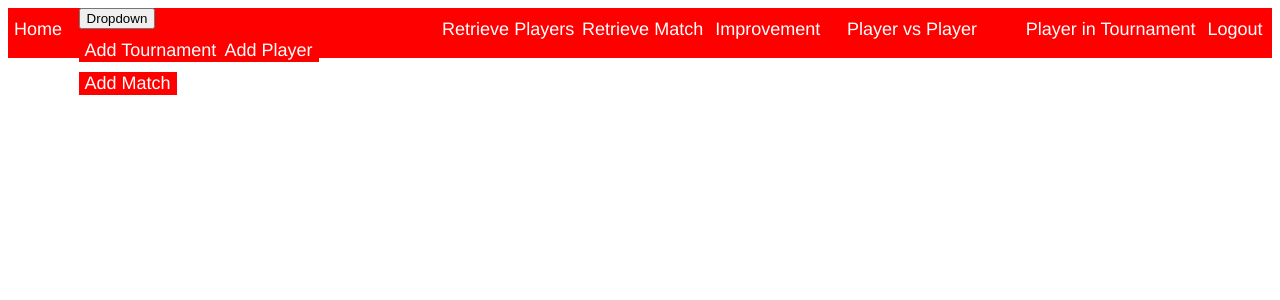
Repository: prm2711/javaapps
Page: http://localhost/Tournament/front.jsp
These files come from the project's save history. The page is drawn as it stood at one moment and after the next save; the edit follows.
The browser window is 1280 px wide. The pictures show the whole page.
The page is served by Tomcat 9. The session is filled in as if someone had signed in: {"name": "admin", "username": "admin"}. Other server files are loaded and not shown.

Above is the page before, as saved 2018-01-29 10:06:35.

### eclipse-workspace/Tournament/WebContent/front.jsp

<%@ page language="java" contentType="text/html; charset=ISO-8859-1"
    pageEncoding="ISO-8859-1"%>
<!DOCTYPE html PUBLIC "-//W3C//DTD HTML 4.01 Transitional//EN" "http://www.w3.org/TR/html4/loose.dtd">
<html>
<head>
<meta http-equiv="Content-Type" content="text/html; charset=ISO-8859-1">
<title>Home</title>
<link rel="stylesheet" type="text/css" href="css/front.css">
</head>
<body>
<ul>

  <li class="home">
  <%
		if (session.getAttribute("name").equals("admin")) {
	%>
	<form method="post" action="home.jsp" class="form-button-home">
		<input class="button-add" type="submit" name="link" value="Home">
	</form><%
		} else if (session.getAttribute("name").equals("user")) {
	%><form method="post" action="userhome.jsp" class="form-button-home">
		<input class="button-add" type="submit" name="link" value="Home">
	</form><%} %></li>

<div class="dropdown">
  <button class="dropbtn">Dropdown</button>
  <div class="dropdown-content">
     <li class="addtour"><form method="post" action="inserttour.jsp" class="form-button">
		<input class="button-add" type="submit" name="link" value="Add Tournament">
	</form></li>
  <li class="addplayer"><form method="post" action="insertplayer.jsp" class="form-button">
		<input class="button-add" type="submit" name="link" value="Add Player">
	</form></li>
  <li class="addmatch"><form method="post" action="ListServlet" class="form-button">
		<input class="button-add" type="submit" name="link" value="Add Match">
	</form></li>
  </div>
</div>


  <li class="retrieve"><form method="post" action="RetrievePlayerServlet" class="form-button">
		<input class="button-add" type="submit" value="Retrieve Players">
	</form></li>
	<li class="retrieve"><form method="post" action="RetrieveMatchServlet" class="form-button">
		<input class="button-add" type="submit" value="Retrieve Match">
	</form></li>
	<li class="retrieve"><form method="post" action="MostImprovedServlet" class="form-button">
		<input class="button-add" type="submit" value="Improvement">
	</form></li>
	<li class="twoplayers"><form method="post" action="ListServlet" class="form-button-match">
		<input class="button-add" type="submit" name="link" value="Player vs Player">
	</form></li>
	<li class="playertour"><form method="post" action="ListServlet" class="form-button-match">
		<input class="button-add" type="submit" name="link" value="Player in Tournament">
	</form></li>
	<li class="logout"><form method="post" action="LogoutServlet" class="form-button">
		<input class="button-add" type="submit" value="Logout">
	</form></li>
</ul>
</body>
</html>

### eclipse-workspace/Tournament/WebContent/css/front.css
@charset "ISO-8859-1";

ul {
	list-style-type: none;
	height: 50px;
	background-color: red;
	margin: 0;
	padding: 0;
	display: flex;
}

li {
	float: left;
	font-size: 20px;
	width: 110px;
}

.home, .logout {
	width: 75px;
}

.addmatch,.addplayer {
	width: 120px;
}

.addtour,.retrieve {
	width: 140px;
}

.twoplayers,.playertour {
	width: 190px;
}

.country {
	width: 250px;
}
li .form-button, li .form-button-match, li .form-button-home {
	color: white;
	text-align: center;
	text-decoration: none;
	font-size: 25px;
	padding-top: 10px;
}



.button-add {
	display: block;
	border-style: none;
	color: white;
	text-decoration: none;
	border: 0px;
	background-color: red;
	font-family: Helvetica;
	font-size: 18px;
}

li .button-add:hover {
	background-color: #555;
	color: white;
}

li .button-add:active {
	background-color: blue;
	color: white;
}

After the next save:
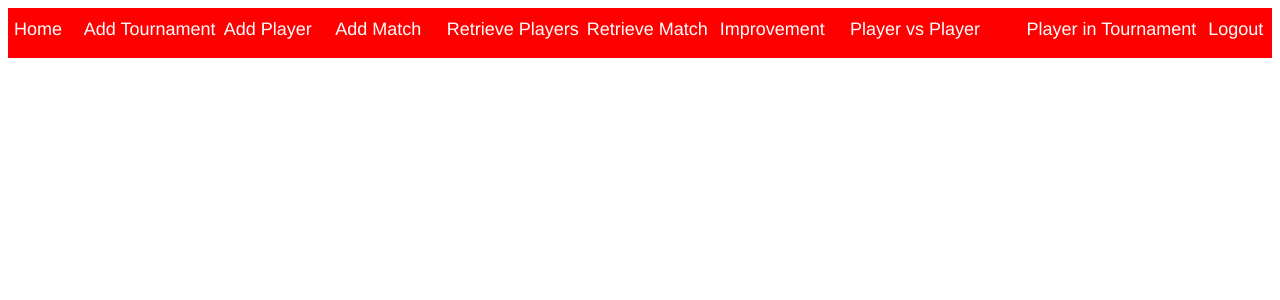
Saved 34 s later.
--- a/eclipse-workspace/Tournament/WebContent/front.jsp
+++ b/eclipse-workspace/Tournament/WebContent/front.jsp
@@ -23,10 +23,7 @@
 		<input class="button-add" type="submit" name="link" value="Home">
 	</form><%} %></li>
 
-<div class="dropdown">
-  <button class="dropbtn">Dropdown</button>
-  <div class="dropdown-content">
-     <li class="addtour"><form method="post" action="inserttour.jsp" class="form-button">
+  <li class="addtour"><form method="post" action="inserttour.jsp" class="form-button">
 		<input class="button-add" type="submit" name="link" value="Add Tournament">
 	</form></li>
   <li class="addplayer"><form method="post" action="insertplayer.jsp" class="form-button">
@@ -35,10 +32,6 @@
   <li class="addmatch"><form method="post" action="ListServlet" class="form-button">
 		<input class="button-add" type="submit" name="link" value="Add Match">
 	</form></li>
-  </div>
-</div>
-
-
   <li class="retrieve"><form method="post" action="RetrievePlayerServlet" class="form-button">
 		<input class="button-add" type="submit" value="Retrieve Players">
 	</form></li>
